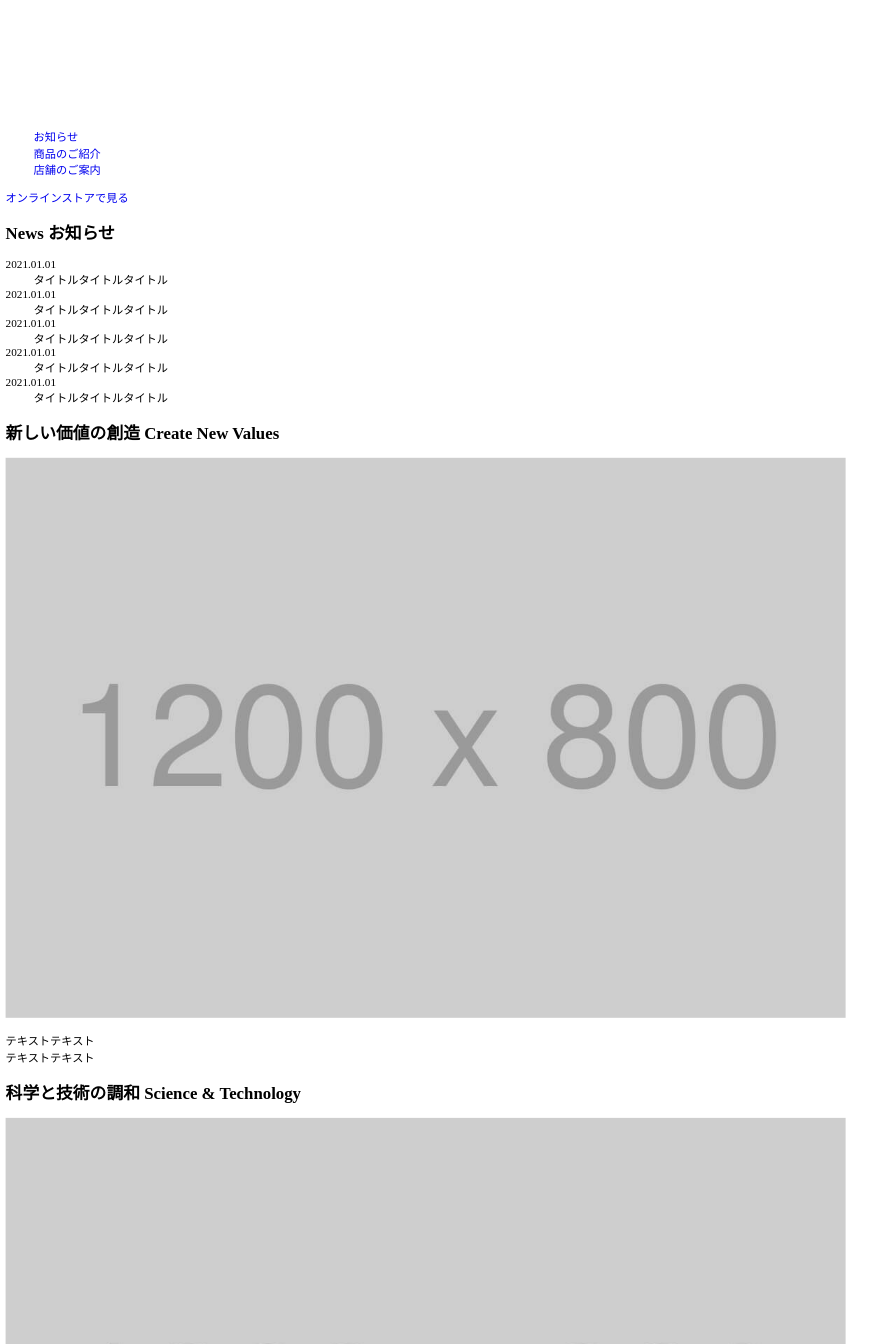
Repository: Fuki-san/wagashi
Page: http://localhost/wagashi
An editor plug-in stored every save of this project. The page is shown before and after a run of saves, followed by the edit.
The browser window is 1280 px wide. The pictures show the part of the page from y = 0 to 1920 px (the page is 3028 px tall before and 3044 px after), at 70% of full size.
The page is served by the project's Laravel application, run on PHP 8.4 with Laravel 10. Other server files are loaded and not shown.

Above is the page before, as saved 2023-12-05 18:09:31.

### routes/web.php
<?php

use Illuminate\Support\Facades\Route;
use Spatie\FlareClient\View;

/*
|--------------------------------------------------------------------------
| Web Routes
|--------------------------------------------------------------------------
|
| Here is where you can register web routes for your application. These
| routes are loaded by the RouteServiceProvider and all of them will
| be assigned to the "web" middleware group. Make something great!
|
*/

Route::get('/', function () {
    return view('welcome');
});

Route::get('wagashi', function() {
    return View('wagashi');
})->name('wagashi');

### resources/views/wagashi.blade.php
@extends('layouts.main')

@section('title', 'wagashi')

@section('content')
    <header id="header">
        <h1 class="site-title"><a href="#"><img src="img/logo.svg" alt=""></a></h1>
        <nav id="nav">
            <ul>
                <li><a href="#news">お知らせ</a></li>
                <li><a href="#products1">商品のご紹介</a></li>
                <li><a href="#shop">店舗のご案内</a></li>
            </ul>
        </nav>
        <div class="onlinestore"><a href="#" target="_blank" rel="noopener noreferrer">オンラインストアで見る</a></div>
    </header>

    <main>
        <section id="news" class="wrapper">

            <h2 class="sec-title">
                <span class="en">News</span>
                <span class="ja">お知らせ</span>
            </h2>

            <dl class="list">
                <dt>2021.01.01</dt>
                <dd>タイトルタイトルタイトル</dd>
                <dt>2021.01.01</dt>
                <dd>タイトルタイトルタイトル</dd>
                <dt>2021.01.01</dt>
                <dd>タイトルタイトルタイトル</dd>
                <dt>2021.01.01</dt>
                <dd>タイトルタイトルタイトル</dd>
                <dt>2021.01.01</dt>
                <dd>タイトルタイトルタイトル</dd>
            </dl>
        </section>

        <section id="products1" class="wrapper">
            <h2 class="site-title">
                <span class="ja">新しい価値の創造</span>
                <span class="en">Create New Values</span>
            </h2>

            <div class="img">
                <img src="img/products1.jpg" alt="">
                <p class="text">テキストテキスト<br>テキストテキスト</p>
            </div>
        </section>

        <section id="products2" class="wrapper">
            <h2 class="sec-title">
                <span class="ja">科学と技術の調和</span>
                <span class="en">Science & Technology</span>
            </h2>
            <div class="img">
                <img src="img/products2.jpg" alt="">
                <p class="text">テキストテキスト<br>テキストテキスト</p>
            </div>
        </section>

        <div id="shop">
            {{-- <iframe src="https://maps.app.goo.gl/xzFBJWJzvwRM9L8A6" width="600" height="450" style="border:0;" allowfullscreen="" loading="lazy"></iframe> --}}
            {{-- <iframe src="https://www.google.com/maps/embed?pb=!1m18!1m12!1m3!1d810.3187664078118!2d139.70214997715243!3d35.670228498760295!2m3!1f0!2f0!3f0!3m2!1i1024!2i768!4f13.1!3m3!1m2!1s0x60188cbac9b52cff%3A0x560d87a8e2d1d3d2!2z5Y6f5a6_6aeF!5e0!3m2!1sja!2sjp!4v1571819367477!5m2!1sja!2sjp"  height="250"   allowfullscreen=""></iframe> --}}
            <iframe src="https://www.google.com/maps/embed?pb=!1m18!1m12!1m3!1d3239.836551473939!2d139.7477714269531!3d35.70563960000001!2m3!1f0!2f0!3f0!3m2!1i1024!2i768!4f13.1!3m3!1m2!1s0x60188c4782eed4f3%3A0x5058b288249e640e!2z5p2x5Lqs44OJ44O844Og!5e0!3m2!1sja!2sjp!4v1701513094034!5m2!1sja!2sjp" style="border:0;" allowfullscreen="" loading="lazy" referrerpolicy="no-referrer-when-downgrade"></iframe>
        </div>

    </main>

    <footer id="footer">

        <div class="inner">
            <div class="left">
                <p><a href="#" target="_blank">オンラインストアで見る</a> | <a href="mailto:xxxx@gmail.com">お問い合わせ</a></p>
            </div>
            <div class="right">
                <div class="logo"><img src="img/logo.svg" alt=""></div>
                <p class="info">
                    〒106-0032 東京都港区六本木5丁目××××<br>
                    電話..<a href="tel:03-XXXX-XXXX">03-XXXX-XXXX</a>
                </p>
                <ul class="menu">
                    <li><a href="#news">お知らせ</a></li>
                    <li><a href="#products1">商品のご紹介</a></li>
                    <li><a href="#shop">店舗のご案内</a></li>
                </ul>
            </div>
        </div>
        <p class="copyright">&copy; SOUSAKU</p>
    </footer>

@endsection

### resources/views/layouts/main.blade.php
<!DOCTYPE html>
<html lang="ja">
<head>
    <meta charset="UTF-8">
    <meta name="viewport" content="width=device-width, initial-scale=1.0">
    <meta http-equiv="X-UA-Compatible" content="ie=edge">
    <link rel="stylesheet" href="{{ asset('css/reset.css') }}">
    <link rel="stylesheet" href="{{ asset('css/style.css') }}">
    <link rel="icon" href="img/favicon.ico">
    <title>@yield('title')</title>
</head>
<body>
    @yield('content')
</body>
</html>

### public/css/style.css
@charset "utf-8";

html{
    font-size: 100%;
}

img{
    max-width: 100%;
}
li{
    list-style: none;
}
a{
    text-decoration: none;
}

/* headerrr */
#header{
    background-image: image("img/mainvisual-pc.jpg");
}

### public/img/logo.svg
<?xml version="1.0" encoding="utf-8"?>
<!-- Generator: Adobe Illustrator 15.1.0, SVG Export Plug-In . SVG Version: 6.00 Build 0)  -->
<!DOCTYPE svg PUBLIC "-//W3C//DTD SVG 1.1//EN" "http://www.w3.org/Graphics/SVG/1.1/DTD/svg11.dtd">
<svg version="1.1" id="レイヤー_1" xmlns="http://www.w3.org/2000/svg" xmlns:xlink="http://www.w3.org/1999/xlink" x="0px"
	 y="0px" width="57.4775391px" height="131.578125px" viewBox="0 0 57.4775391 131.578125"
	 style="enable-background:new 0 0 57.4775391 131.578125;" xml:space="preserve">
<style type="text/css">
<![CDATA[
	.st0{fill:#FFFFFF;}
]]>
</style>
<g>
	<path class="st0" d="M28.3789063,35.8789063l6.5400391,4.859375c-0.3603516,0.4804688-1.2001953,1.0800781-2.3398438,1.2607422
		v12.0595703c-0.0605469,0.359375-3.4199219,1.5-5.5195313,1.5h-1.0800781v-3.6601563H15.2998047v2.6992188
		c0,0.4208984-1.9199219,1.8007813-5.1601563,1.8007813H9.0595703v-10.5
		c-1.7392578,3.2402344-4.2597656,6.2998047-7.9189453,8.8798828l-0.6005859-0.6005859c5.5205078-8.21875,6-18.4785156,6-26.7587891
		v-9.1191406c-1.9199219,1.3798828-3.9599609,2.5800781-6.0595703,3.6591797L0,21.4199219
		C6.1796875,15.6601563,11.3994141,6.4199219,13.5,0l9.7197266,1.9804688
		c-0.2402344,0.7197266-0.7802734,1.0800781-2.3398438,1.3193359c20.5185547,3.7207031,13.3789063,15.9599609,7.9189453,11.8798828
		c-0.9599609-3.4199219-4.0195313-7.9794922-8.5195313-11.2792969c-2.0400391,3.1796875-4.7392578,6.5390625-7.9794922,9.6591797
		H19.5l2.9990234-3.8398438c0,0,3.4804688,2.6396484,5.5800781,4.5595703
		c-0.1796875,0.6601563-0.7802734,0.9609375-1.6201172,0.9609375H11.7001953l-0.2402344-0.9003906
		c-1.1396484,1.0195313-2.3398438,2.0400391-3.5400391,2.9394531l6,2.2207031h10.9189453l3.0605469-3.3603516L34.4384766,21
		c-0.359375,0.4794922-1.2597656,1.0195313-2.4599609,1.3193359v11.9394531
		c-0.0595703,0.3603516-3.359375,1.5605469-5.4589844,1.5605469h-1.0800781v-1.8007813H12.5400391
		C12.4199219,35.21875,12.2402344,36.4189453,12,37.6787109l4.0800781,1.5595703h9.2988281L28.3789063,35.8789063z
		 M25.4394531,32.3388672v-4.6796875H12.8994141c0,1.4404297-0.0595703,3-0.1796875,4.6796875H25.4394531z M12.8994141,21.1796875
		v4.7998047h12.5400391v-4.7998047H12.8994141z M25.9794922,50.1582031v-9.2392578H15.2998047v9.2392578H25.9794922z
		 M43.2587891,41.7587891c0,0.6601563-2.6396484,1.859375-4.9199219,1.859375h-1.1396484V5.2197266L45.2988281,6
		c-0.1201172,0.7802734-0.6005859,1.3203125-2.0400391,1.5605469V41.7587891z M56.7578125,2.1005859
		C56.578125,3,55.9785156,3.6005859,54.5380859,3.7802734v44.8183594c0,4.6796875-0.9599609,7.3193359-8.4599609,8.0390625
		c-0.1796875-2.0996094-0.4794922-3.6591797-1.3798828-4.7392578c-0.9599609-1.0205078-2.2197266-1.7998047-5.0996094-2.2197266
		v-0.8408203c0,0,5.9394531,0.3603516,7.2001953,0.3603516c0.9599609,0,1.2597656-0.2998047,1.2597656-1.0800781V1.2001953
		L56.7578125,2.1005859z"/>
	<path class="st0" d="M17.4599609,94.0800781c-0.1806641,0.5390625-0.7207031,0.9589844-1.8603516,1.1992188v34.2587891
		c-0.1201172,0.5400391-3,2.0400391-5.7597656,2.0400391H8.5195313v-31.3789063
		c-2.3994141,2.7597656-4.9794922,5.1601563-7.7392578,7.2001953l-0.7197266-0.5400391
		c5.3398438-7.5,10.9189453-19.6796875,13.9189453-31.6787109l9.5400391,3.1796875
		c-0.2998047,0.7802734-1.0800781,1.2597656-2.4003906,1.2001953c-2.0400391,4.859375-4.3798828,9.2988281-6.9589844,13.3193359
		L17.4599609,94.0800781z M39.9589844,89.7597656v11.0996094h4.7998047l3.6591797-4.7998047
		c0,0,4.140625,3.2998047,6.7197266,5.5800781c-0.1796875,0.6591797-0.8398438,0.9599609-1.6796875,0.9599609H39.9589844v11.3388672
		h5.1591797l4.0205078-5.2197266c0,0,4.4394531,3.5400391,7.1992188,5.9404297
		c-0.1796875,0.6591797-0.8398438,0.9599609-1.7402344,0.9599609H39.9589844v14.0390625
		c0,0.4199219-2.2207031,1.859375-5.9404297,1.859375h-1.3193359V89.7597656h-1.4404297
		c-3.8994141,5.8798828-8.3994141,10.6796875-13.4394531,14.2792969l-0.6601563-0.4794922
		c4.6201172-6.7802734,9.6601563-17.6992188,12.3603516-28.3193359l9.6591797,3.4199219
		c-0.2998047,0.7802734-1.0800781,1.2597656-2.4599609,1.1396484c-1.3798828,2.9404297-2.8203125,5.7597656-4.4394531,8.3398438
		h14.0996094l3.9589844-5.1591797c0,0,4.4404297,3.4794922,7.1396484,5.8193359
		c-0.1796875,0.6601563-0.8398438,0.9599609-1.6796875,0.9599609H39.9589844z"/>
</g>
</svg>

After the next 2 saves:
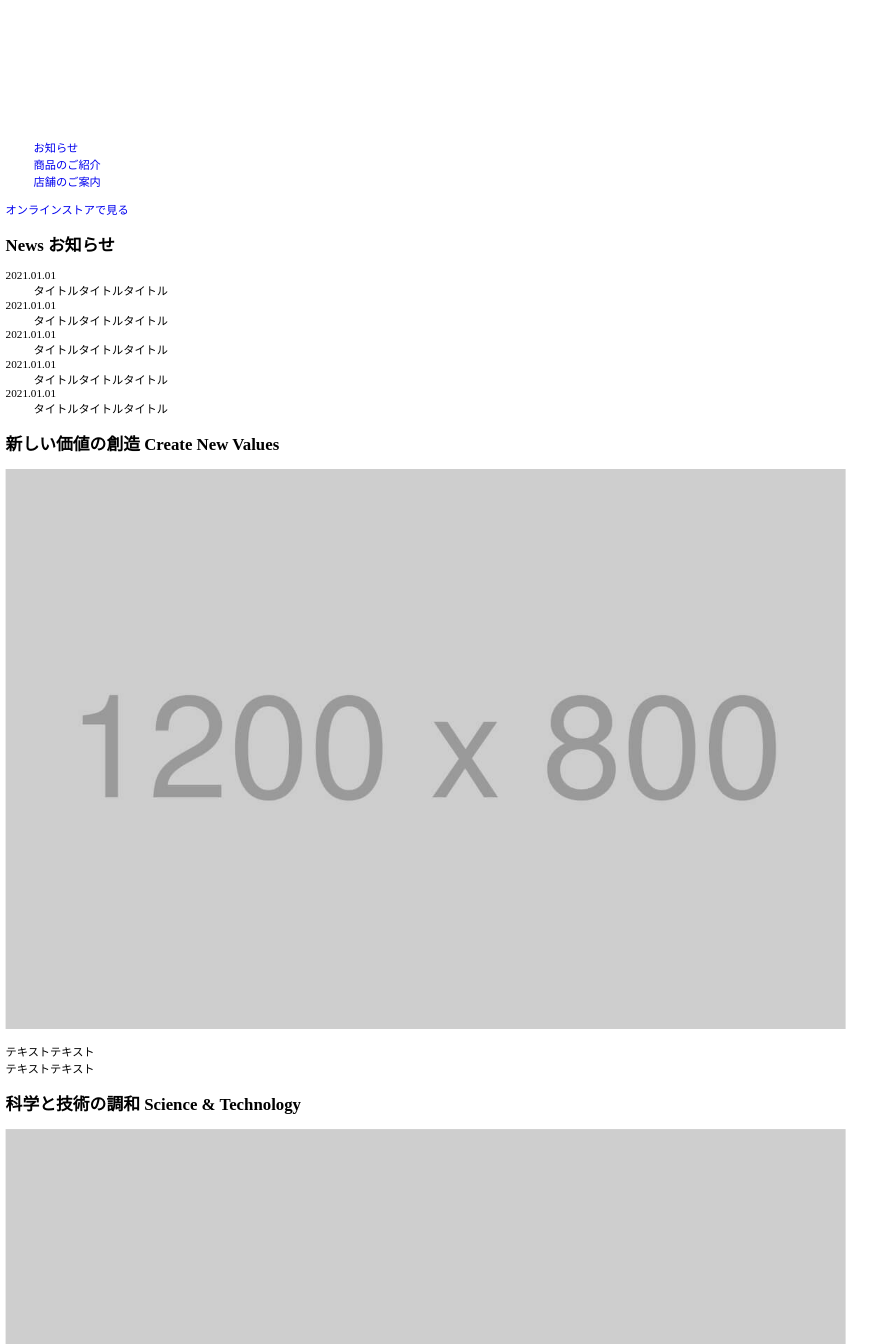
The 2 saves are shown as one change because they came seconds apart.
The last was saved 31 s later.
--- a/public/css/style.css
+++ b/public/css/style.css
@@ -18,3 +18,6 @@ a{
 #header{
     background-image: image("img/mainvisual-pc.jpg");
 }
+#header nav{
+    display: flex;
+}
